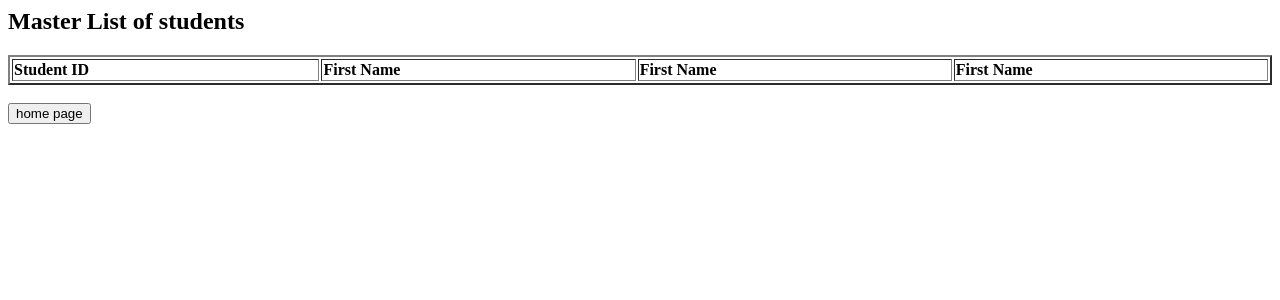
Repository: anithagnana123/Simplilearn_Phase2_project
Page: http://localhost/phase2-project-new/viewstudent.jsp
The author's editor kept a copy of each file at every save. The page is drawn from the files as they stood at one save, then again after the next save.
The browser window is 1280 px wide. The pictures show the whole page.
The page is served by Tomcat 9. Other server files are loaded and not shown. Queries for data that is not in the repository find no rows.

Above is the page before, as saved 2022-10-20 07:55:08.

### phase2-project-new/src/main/webapp/viewstudent.jsp
<%@ taglib prefix="c" uri="http://java.sun.com/jsp/jstl/core"%>
<%@ taglib prefix="sql" uri="http://java.sun.com/jsp/jstl/sql"%>
<html>
<head>
    <title>viewstudent-list</title>
</head>
<body>
    <sql:setDataSource
    var="database"
    driver="com.mysql.cj.jdbc.Driver"
     url="jdbc:mysql://localhost:3306/learners_academy_test?allowPublicKeyRetrieval=true&useSSL=false"
     user="root"
     password="123456"
     />


<h2>Master List of students</h2>
<sql:query var="rs" dataSource="${database}">
    SELECT * FROM student_info;
</sql:query>
<table border="2" width="100%">
    <tr>
        <td><b>Student ID</b></td>
        <td><b>First Name</b></td>
        <td><b>First Name</b></td>
        <td><b>First Name</b></td>
    </tr>

    <c:forEach var="class_info" items="${rs.rows}">
        <tr>
            <td> <c:out value="${class_info.standard}"/> </td>
            <td> <c:out value="${class_info.class_sec}"/> </td>
        </tr>
    </c:forEach>
</table>

<form action='welcome' method='get'>
	 <br> <input type='submit' value='home page'/>
</form>

</body>
</html>

After the next save:
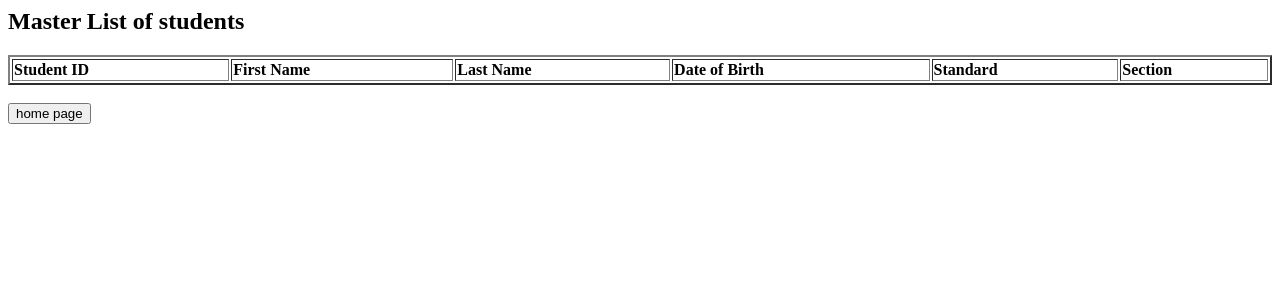
Saved 44 s later.
--- a/phase2-project-new/src/main/webapp/viewstudent.jsp
+++ b/phase2-project-new/src/main/webapp/viewstudent.jsp
@@ -22,8 +22,10 @@
     <tr>
         <td><b>Student ID</b></td>
         <td><b>First Name</b></td>
-        <td><b>First Name</b></td>
-        <td><b>First Name</b></td>
+        <td><b>Last Name</b></td>
+        <td><b>Date of Birth</b></td>
+        <td><b>Standard</b></td>
+        <td><b>Section</b></td>
     </tr>
 
     <c:forEach var="class_info" items="${rs.rows}">
